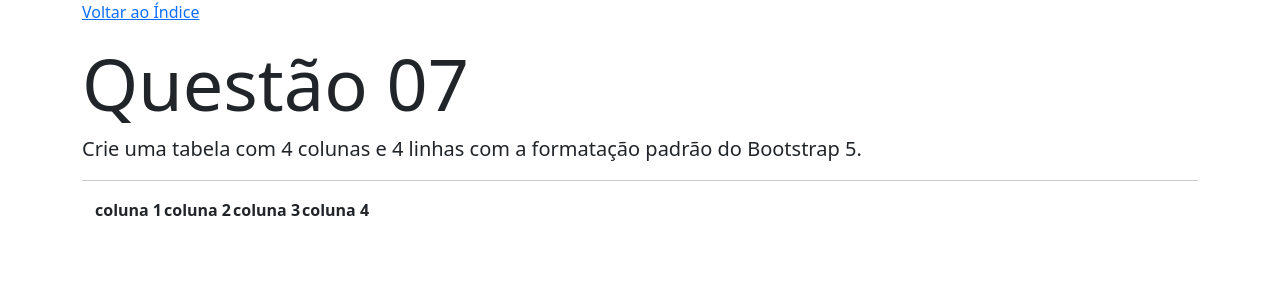
Repository: In-Game-full/Reprograme-se
Page: S-6-InicioBootstrap5/Atividade-pratica-da-semana-1-de-Bootstrap-5-In-Game-full/questao07.html
These files come from the project's save history. The page is drawn as it stood at one moment and after a run of saves; the edit follows.
The browser window is 1280 px wide. The pictures show the whole page.

Above is the page before, as saved 2023-08-28 21:53:20.

### S-6-InicioBootstrap5/Atividade-pratica-da-semana-1-de-Bootstrap-5-In-Game-full/questao07.html
<!DOCTYPE html>
<html lang="pt-br">

<head>
    <meta charset="UTF-8">
    <meta http-equiv="X-UA-Compatible" content="IE=edge">
    <meta name="viewport" content="width=device-width, initial-scale=1.0">
    <link href="https://cdn.jsdelivr.net/npm/bootstrap@5.2.2/dist/css/bootstrap.min.css" rel="stylesheet">
    <script src="https://cdn.jsdelivr.net/npm/bootstrap@5.2.2/dist/js/bootstrap.bundle.min.js"></script>
    <link rel="stylesheet" href="estilos.css">
    <title>Questão 07</title>
</head>

<body>
    <div class="container">
        <p><a href="index.html">Voltar ao Índice</a></p>
        <h1 class="display-2">Questão 07</h1>
        <p class="lead">Crie uma tabela com 4 colunas e 4 linhas com a formatação padrão do Bootstrap 5.</p>
        <hr>
        <!-- Valor: 1 ponto -->
        <!-- FAZER AQUI -->
        <div class="container">
            <table>
                <thead>
                    <tr>
                        <th>coluna 1</th>
                        <th>coluna 2</th>
                        <th>coluna 3</th>
                        <th>coluna 4</th>
                    </tr>
                </thead>
                <tbody>

                </tbody>
            </table>
        </div>
    </div>
</body>

</html>

### S-6-InicioBootstrap5/Atividade-pratica-da-semana-1-de-Bootstrap-5-In-Game-full/estilos.css
div {
    height: 120px;

}

After the next 2 saves:
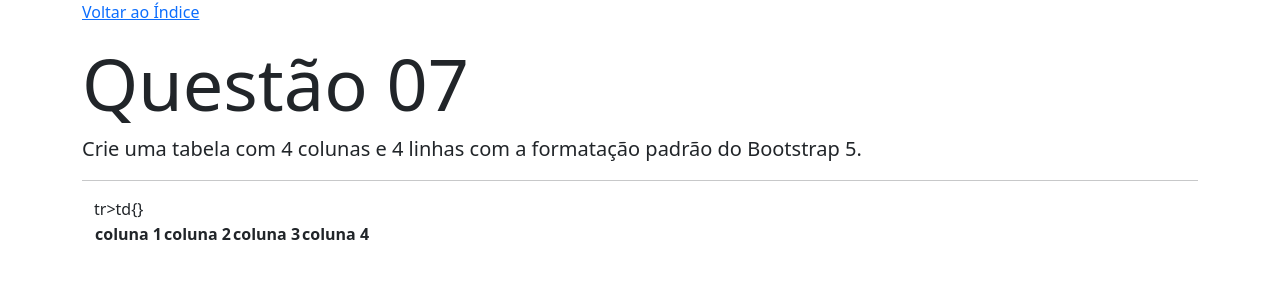
The 2 saves are shown as one change because they came seconds apart.
The last was saved 10 s later.
--- a/S-6-InicioBootstrap5/Atividade-pratica-da-semana-1-de-Bootstrap-5-In-Game-full/questao07.html
+++ b/S-6-InicioBootstrap5/Atividade-pratica-da-semana-1-de-Bootstrap-5-In-Game-full/questao07.html
@@ -30,7 +30,7 @@
                     </tr>
                 </thead>
                 <tbody>
-
+                    tr>td{}
                 </tbody>
             </table>
         </div>
